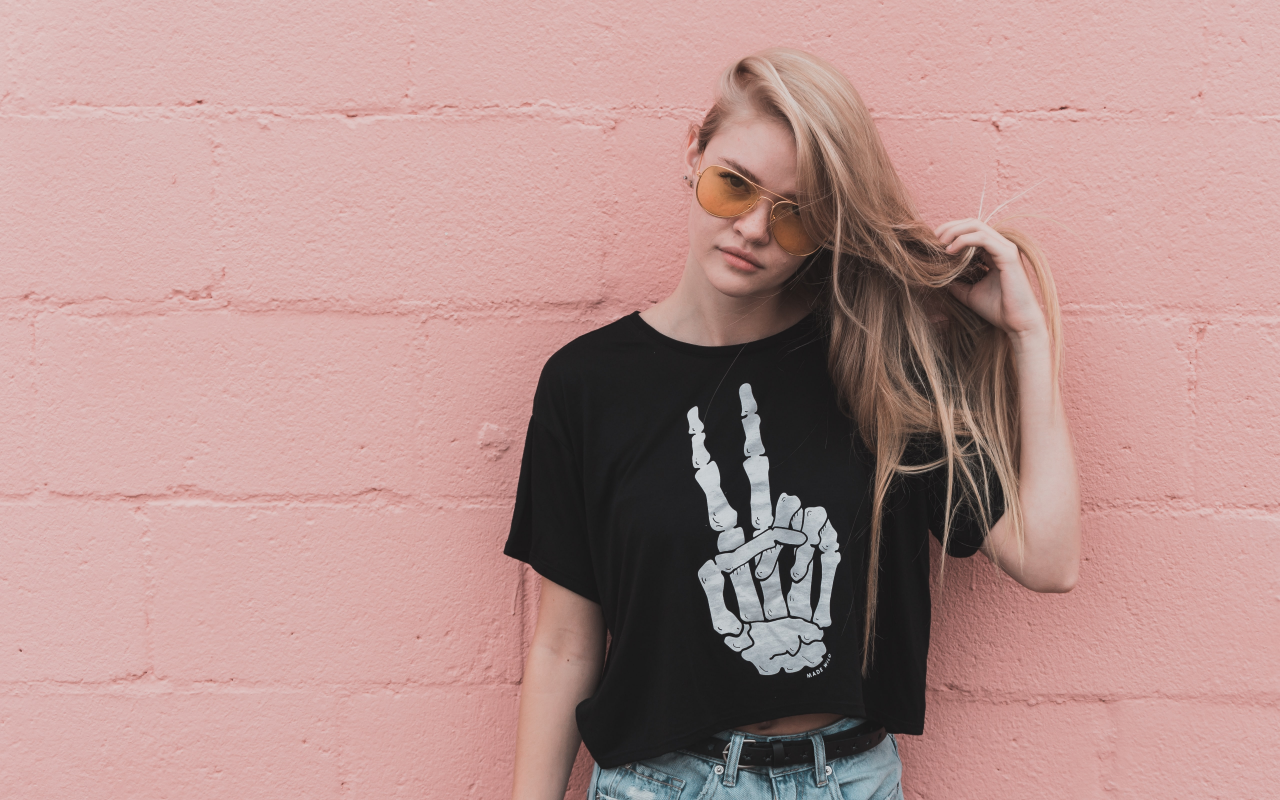
Repository: LeHieuSP/Baitapthukinh_LTH_FE70
Page: /
These files come from the project's save history. The page is drawn as it stood at one moment and after the next save; the edit follows.
The browser window is 1280 px wide. The pictures show the whole page.
The project was rebuilt for these pictures with package versions that can differ from the ones it lists, and the page was loaded fresh each time. Also part of the build but not shown: src/index.css, src/App.css, src/redux/actions/BaiTapDatVeAction.js, src/BaiTapRedux/BaiTapBookingTicket/ThongTinDatGhe.js, src/BaiTapRedux/BaiTapBookingTicket/HangGhe.js, src/BaiTapRedux/BaiTapBookingTicket/BaiTapBookingTicket.js.

Above is the page before, as saved 2022-03-09 16:23:40.

After the next save:
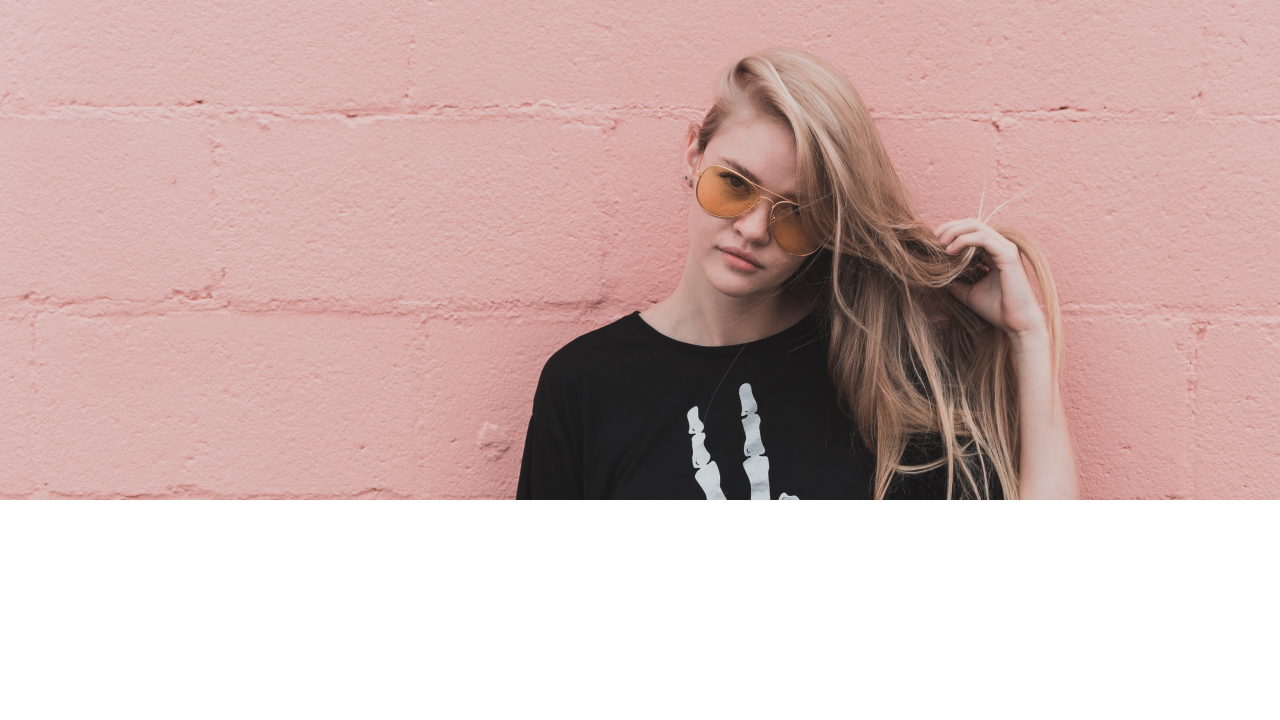
Saved 15 s later.
--- a/src/BaiTapThuKinh/BaiTapThuKinh.js
+++ b/src/BaiTapThuKinh/BaiTapThuKinh.js
@@ -4,7 +4,7 @@
   render() {
     return (
       <div style={{backgroundImage:'url(./glassesImage/bg.jpg)',
-      backgroundRepeat:'no-repeat',backgroundSize:'1500px',height:'800px'}}>
+      backgroundRepeat:'no-repeat',backgroundSize:'1500px',height:'500px'}}>
 
       </div>
     )
